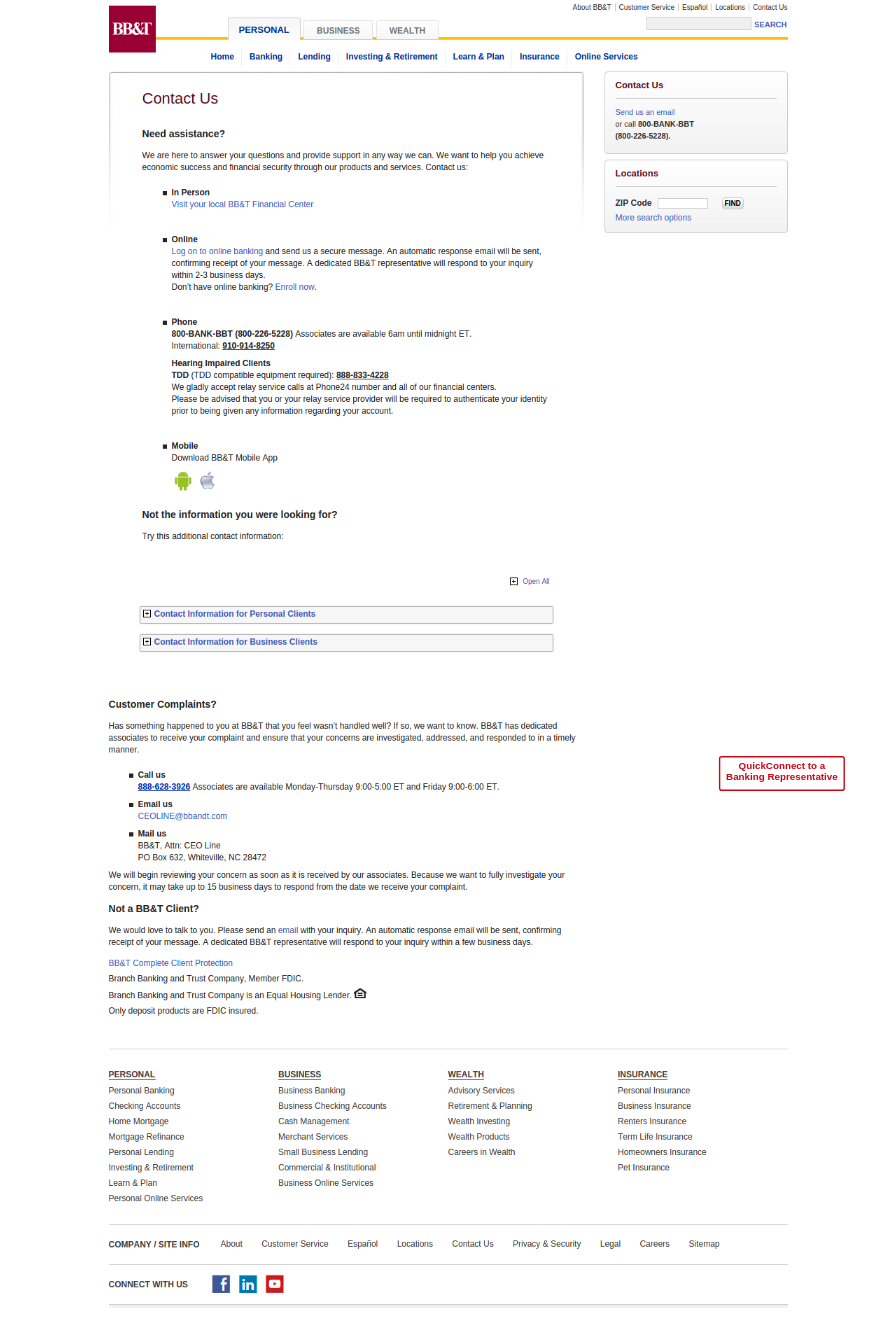
Repository: reidstidolph/chameleon
Page: public/demos/bbt/bbt.html
The author's editor kept a record of every edit. The page is drawn from the files as they stood at one moment, then again after the next edit.
The browser window is 1280 px wide. The pictures show the whole page, at 70% of full size.
Some web libraries are served in a nearby version.

Above is the page before.

### public/demos/bbt/bbt.html
<!DOCTYPE html>
<html>
<head><meta http-equiv="Content-Type" content="text/html; charset=UTF-8">
     <meta charset="utf-8">
     <meta http-equiv="Pragma" content="no-cache">
     <meta http-equiv="X-UA-Compatible" content="IE=edge,chrome=1">
     <title>Customer</title>
     <link rel="shortcut icon" href="oracle-favicon.ico" type="image/x-icon" />
     <script type="text/javascript" src="/public/js/angular.js"></script>
     <script type="text/javascript" src="/public/js/chameleonBeta.js"></script>
    <script type="text/javascript">
var mySipUserId = "customer@oracledemo.com";
var agentSipUserId = "agent@oracledemo.com";

var configuration = {
    sipUser : mySipUserId,
    wscUri : "ws://192.168.9.6:7001/ws/webrtc/guest",
    sipUsername : mySipUserId,
    sipPassword : "oracle4webrtc",
    localAudioId: "localAudio",
    remoteAudioId : "remoteAudio",
    ringtoneId : "ringback",
    ringbackId: "ringback",
    localVideoId : "selfVideo",
    remoteVideoId : "remoteVideo",
    maxAttemptedCalls : 1,
    maxActiveCalls : 1,
    callbacks : {}
};

var formFieldNames = {
    title : "Trade Request Form",
    fieldName1 : "Stock Symbol",
    fieldName2 : "Quantity",
    fieldName3 : "Price",
    fieldName4 : "Limit",
    fieldName5 : "Options",
    fieldName6 : "Comments"
    };

window.onload = function() {
    document.getElementById('companyName').innerHTML = "Oracle Bank";
    document.getElementById('buttonTextLine1').innerHTML = "QuickConnect to a";
    document.getElementById('buttonTextLine2').innerHTML = "Banking Representative";
};


</script>
<style>
#advisorButton {
    /* Change these attributes to customize the button to activate widget */
    color: #cc0717; /* <-- This will set the color of the text */
    border-color: #95172b; /* <-- This will set the color of border surrounding the button */
    font-size: 14px; /* <-- This will set the size of the font */
    margin: 1080px 0 0 387px;; /* <-- This will set the position of the button on the screen
    the value is defined as "margin: top right bottom left". A value of "0 0 0 0" will stick
    it centered at the very top. So, keep the right and bottom values at 0, then just
    adjust top and left to place it where you want it. */
    height: 40px; /* <-- This will set the height of the button*/
    width: 170px; /* <-- This will set the width of the button*/


    /* These attributes you likely won't need to change */
    border: solid 2px;
    padding: 3px;
    border-radius: 4px;
    cursor: pointer;
    text-align: center;
    font-family: Arial, Helvetica, sans-serif;
    font-weight: bold;
    position: absolute;
    left: 50%;
    display: block;
    background-color: white;
}

#background {
    /* Change these attributes to customize the background */
    background-image:url('images/background.png');
    height: 1885px;

    /* These attributes you likely won't need to change */
    position: absolute;
    left: 0;
    top: 0;
    bottom: 0;
    right: 0;
    overflow:hidden;
    background-position:center top;
}

#widget-container {
    /* Change these attributes to customize the widget */
    background-color: #95172b; /* <-- This will set the color of the widget border */
    color: grey; /* <-- This will set the color of the text and icons within the widget */

    /* These attributes you likely won't need to change */
    height: 450px;
    width: 630px;
    margin: -300px 0 0 -315px;
    left: 50%;
    top: 360px;
    display: block;
    position: absolute;
    box-shadow: 50px 50px 100px 10px black;
    border-radius: 15px;
    pointer-events: auto;
    opacity: 1.0;
}

#widget-logo {
    position:absolute;
    right:60px; bottom:-40px;
    border: solid 5px;
    margin: 3px; padding: 3px;
    background-color: white;
    height: 60px
}
</style>
</head>
  <body ng-app="customer" ng-controller="customerController" onorientationchange="setViewPort();">

      <div class="loading-overlay" ng-class="{loadingComplete : pageIsLoaded === true, loadingAnimation : pageIsLoaded === true}" style="position: absolute; left: 0; top: 0; bottom: 0; right: 0; background: #000; opacity: 1; pointer-events:none; z-index: 2000;">
        <img style="pointer-events:none; width: 500px; height: 500px; position: absolute; top: 50%; left: 50%; margin: -250px 0 0 -250px;" class="loading" src="/public/img/loadingloop.gif">
    </div>

  <div id="background">
      <div ng-click="talkToAdvisor()" id="advisorButton"><a id="buttonTextLine1"></a><br><a id="buttonTextLine2"></a></div>
  </div>

<audio id="ringback" preload=auto src="/public/media/ringtones/xylophone.ogg" loop></audio>
<audio id="activate" preload=auto src="/public/media/soundfx/waterdrop.ogg"></audio>
<audio id="deactivate" preload=auto src="/public/media/soundfx/logout.mp3"></audio>

<div style="text-align:center;">
    <div class="widget-overlay">
        <div class="form-overlay" ng-class="{overlayDarken : (syncData.form.active === true && chameleon.isActiveCall === true)}"></div>
        <div id="widget-container" ng-class="{entershow : (helpActive === true && widgetDocked === null),
                                              enterhide : (helpActive === false && (widgetDocked === false || widgetDocked === null)),
                                              enterhideFromDocked : (helpActive === false && widgetDocked === true),
                                              widgetDock : (widgetDocked === true && helpActive === true),
                                              widgetUndock : (widgetDocked == false && helpActive === true)
                                              }">
            <div id="widget-header">
                <h3 style="font-size: 30px">
                    <span ng-hide='chameleon.isActiveCall === true || chameleon.isOutgoingCall === true || madeHelpCall === true || widgetDocked === true'>Connect wth <a id="companyName"></a></span>
                    <span ng-show='chameleon.isOutgoingCall === true && (widgetDocked === false || widgetDocked === null)'>Connecting you...</span>
                    <span ng-show='chameleon.isActiveCall === true && (widgetDocked === false || widgetDocked === null)'>How can I help?</span>
                    <span ng-show='chameleon.isActiveCall === false && chameleon.isOutgoingCall === false && madeHelpCall === true && widgetDocked === true'>Thank You for contacting us!</span>
                    <span class="fa fa-times" style="position:absolute; right:20px; top: 18px; cursor:pointer" ng-click="endHelp()"></span>
                    <span ng-hide='widgetState == "activeDocked" 'class="fa fa-minus" style="position:absolute; right:50px; top: 18px; cursor:pointer" ng-click="toggleWidgetDock()"></span>
                    <span ng-show='widgetState == "activeDocked" 'class="fa fa-plus" style="position:absolute; right:50px; top: 18px; cursor:pointer" ng-click="toggleWidgetDock()"></span>
                </h3>
            </div>
            <div id="widget-body" style="text-align:center;">
                <div ng-hide='chameleon.isActiveCall === true || chameleon.isOutgoingCall === true || madeHelpCall === true'>
                    <div style="font-size:50px; position: relative; text-align:center;">

                        <span class="genericButton" ng-click="doVoiceCall()" ng-hide="widgetDocked === true">Voice &nbsp &nbsp &nbsp &nbsp</span>

                        <span class="genericButton" ng-click="doVideoCall()" ng-hide="widgetDocked === true">Video <br></span>

                        <span class="fa fa-volume-up fa-6 genericButton buttonIcon" ng-class="{buttonDock : (widgetDocked === true),
                                                                                               buttonUndock : (widgetDocked === false)
                        }" ng-click="doVoiceCall()"></span>
                        &nbsp &nbsp  &nbsp &nbsp
                        <span class="fa fa-video-camera fa-6 genericButton buttonIcon" ng-class="{buttonDock : (widgetDocked === true),
                                                                                                  buttonUndock : (widgetDocked === false)

                        }" ng-click="doVideoCall()"></span>
                    </div>
                </div>
                <div style="text-align:center;" ng-show="chameleon.signallingStateId == 1">
	                <span><strong>Error:  </strong>{{chameleon.signallingError.code}} {{chameleon.signallingError.reason}}</span><br>
	                Please try again later.
                </div>
                <div style="text-align:center;" ng-show='chameleon.isActiveCall === false && chameleon.isOutgoingCall === false && madeHelpCall === true'>
                    <br><br><br><br><br><br><br>
                    <span style="font-size:60px">Hope to see you again soon.</span>
                </div>

                <div style="text-align:center;" ng-show="chameleon.isOutgoingCall === true">
                    <br><br><br><br><br>
                    <span ng-hide="widgetDocked === true" style="font-size:30px">Connecting you to a specialist</span><br><br>
                    <img style="pointer-events:none;" src="/public/img/redloading.gif">
                    <br>
                </div>

                <div ng-show='chameleon.isActiveCall === true'>
                    <div id="videoContainer">
            	        <video ng-show='chameleon.activeCallVideo == "RECVONLY" || chameleon.activeCallVideo == "SENDRECV"' class="video" id="remoteVideo" autoplay ></video>
            	        <div class="videoSubContainer" >
            	            <video ng-show='chameleon.activeCallVideo == "SENDONLY" || chameleon.activeCallVideo == "SENDRECV"' class="video" id="selfVideo" autoplay muted></video>
            	        </div>
                    </div>
                        <div class="pulse animated infinite" ng-show='chameleon.activeCallVideo == "NONE"' >
                            <span class="fa fa-volume-up fa-6" style="font-size: 130px; position: absolute; left: 50%; display: block; width: 100px; margin: 0px 0 0 -60px;"></span>
                        </div>
                        <div style="top:174px; position:relative" ng-show='chameleon.activeCallVideo == "NONE" && (widgetDocked === false || widgetDocked === null)' >
                            <span style="font-size: 50px">Voice Call</span>
                        </div>
                        <div class="genericButton">
                            <span ng-click="hangupCall()" class="fa fa-times-circle fa-6" style="font-size:140px; position:absolute; left:20px; bottom:100px;"></span>
                        </div>
                </div>

            </div>
            <div id="widget-footer">

            </div>
            <img src="images/logo.png" id="widget-logo">
        </div>

        <div id="form-container"  ng-class="{formshow : (syncData.form.active === true && chameleon.isActiveCall === true),
                                            formhide : (syncData.form.active === false || chameleon.isActiveCall === false)}">

            <div id="form-container-body" class="col-sm-6 ">
                <h2>{{formFieldNames.title}}</h2>
                <br><span id="entry1"><strong> {{formFieldNames.fieldName1}}</strong>:  <br><input type="text" class="form-control" ng-model="syncData.form.field1"></input></span>
                <br><span id="entry2"><strong> {{formFieldNames.fieldName2}}</strong>:  <br><input type="text" class="form-control" ng-model="syncData.form.field2"></input></span>
                <br><span id="entry3"><strong> {{formFieldNames.fieldName3}}</strong>:  <br><input type="text" class="form-control" ng-model="syncData.form.field3"></input></span>
                <br><span id="entry4"><strong> {{formFieldNames.fieldName4}}</strong>:  <br><input type="text" class="form-control" ng-model="syncData.form.field4"></input></span>
                <br><span id="entry5"><strong> {{formFieldNames.fieldName5}}</strong>:  <br><input type="text" class="form-control" ng-model="syncData.form.field5"></input></span>
                <br><span id="entry6"><strong> {{formFieldNames.fieldName6}}</strong>:  <br><input type="text" class="form-control" ng-model="syncData.form.field6"></input></span>
                <br><button class="btn btn-default" id="login-button" ng-click="submitForm()">Submit</button>
        	</div>
        </div>
    </div>


</div>
<audio id="localAudio" muted></audio>
<link rel="stylesheet" href="//netdna.bootstrapcdn.com/font-awesome/4.1.0/css/font-awesome.min.css">
<link rel="stylesheet" type="text/css" href="/public/css/customer.css">

<script>
var angularApp = angular.module('customer', []);


/**==========================================
 *  Angular service
   ========================================== */
angularApp.factory("chameleonService", function(){

    return chameleon;

});



angularApp.controller('customerController', ["$scope", "chameleonService", function($scope, chameleonService){

    $scope.pageIsLoaded = false;
    $scope.helpActive = false;
    $scope.madeHelpCall = false;
    $scope.widgetDocked = null;

    $scope.syncData = {
        type : "syncData",
        customerVersion : 0,
        agentVersion : 0,
        form : {
            active : false,
            field1 : "",
            field2 : "",
            field3 : "",
            field4 : "",
            field5 : "",
            field6 : ""
        }
    };

    $scope.formFieldNames = formFieldNames;

    console.log("Page is ready");
    setTimeout(function(){
        console.log("trigger removal of loader screen");
        $scope.pageIsLoaded = true;
        $scope.$apply();
    },1000);


    $scope.configuration = configuration;

    $scope.configuration.callbacks.onIncomingData = function (event) {
        console.log("Got Data!!! " + event.data );
        var newData = JSON.parse(event.data);

        if (newData.type == "syncData") {
            if (newData.agentVersion === $scope.syncData.agentVersion) {
                console.log("ignore.");
            } else if (newData.agentVersion !== $scope.syncData.agentVersion) $scope.syncData = newData;

            if($scope.syncData.form.active === true) {
                $scope.widgetDocked = true;
            }
        }

        if (newData.type == "command") {
            console.log ("Got a command: " + newData.action );
            var element = document.getElementById(newData.element);
            element.classList.add('focusElement');

            setTimeout(function(){
                element.classList.remove('focusElement');
            },1000);
        }
    };

    $scope.chameleon = chameleonService;

    $scope.talkToAdvisor = function(){
        console.log($scope.helpActive);
        document.getElementById("activate").play();
        $scope.helpActive = true;
        $scope.widgetDocked = null;
        chameleonService.bootstrap($scope.configuration, $scope);
        console.log("Request for Help");
        console.log($scope.helpActive);
    };

    $scope.wscInit = function(){
        chameleonService.bootstrap($scope.configuration, $scope);
    };

    $scope.reset = function(){
        chameleonService.initialize();
    };

    $scope.wscStop = function(){
        chameleonService.closeSession();
    };

    $scope.answerIncomingCall = function(call){
        console.log("Accept call button is clicked!");
        chameleonService.acceptIncomingCall(call);
    };

    $scope.declineIncomingCall = function(call){
        console.log("Decline call button is clicked.");
        chameleonService.rejectIncomingCall(call);
    };

    $scope.cancelOutgoingCall = function(call){
        console.log("Cancel call button is clicked.");
        chameleonService.cancelOutgoingCall(call);
    };

    $scope.hangupCall = function(call){
        console.log("Hang up button clicked.");
        chameleonService.endActiveCall(call);
    };


    $scope.doVoiceCall = function(){
        console.log("Make voice call button clicked");
        $scope.syncData.form.active = false;
        chameleonService.makeCall(agentSipUserId, audioCall);
    };

    $scope.doVideoCall = function(){
        console.log("Make video call button clicked");
        $scope.syncData.form.active = false;
        chameleonService.makeCall(agentSipUserId, videoCall);
    };


    $scope.endHelp = function() {
        chameleonService.closeSession();
        $scope.helpActive = false;
        $scope.syncData.form.active = false;
        $scope.madeHelpCall = false;
        document.getElementById("deactivate").play();
    };

    $scope.toggleWidgetDock = function() {

        if($scope.syncData.form.active === true) {

            $scope.widgetDocked = true;

            return;
        }

        if ($scope.widgetDocked === null) $scope.widgetDocked = true;
        else $scope.widgetDocked = !$scope.widgetDocked;
    };

    $scope.submitForm = function() {
        $scope.syncData.form.active = false;
        $scope.widgetDocked = false;
    };

    $scope.outboundCallee;
    $scope.sessionMedia = {};
    $scope.sessionMedia.audio = true;
    $scope.sessionMedia.video = false;
    $scope.sessionMedia.data = false;



    var audioCall = {
        audio : true,
        video : false,
        data  : true,
        dcConfig : [{"label":"chameleonDataChannel", "reliable" : true }]
    };

    var videoCall = {
        audio : true,
        video : true,
        data  : true,
        dcConfig : [{"label":"chameleonDataChannel", "reliable" : true }]
    };




    $scope.$watch('syncData.form', function() {

        if (chameleonService.calls.active[0] && chameleonService.calls.active[0].dataChannels[0].getState() == "open") {
            console.log("sending form update.");
            $scope.syncData.customerVersion++;
            chameleonService.calls.active[0].dataChannels[0].sendData(JSON.stringify($scope.syncData));
        }
    }, true);

}]);
</script>

</body>

</html>

Loaded but not shown: public/js/angular.js (library); public/js/chameleonBeta.js (943 lines, source omitted); public/css/customer.css (1068 lines, source omitted)

After the next edit:
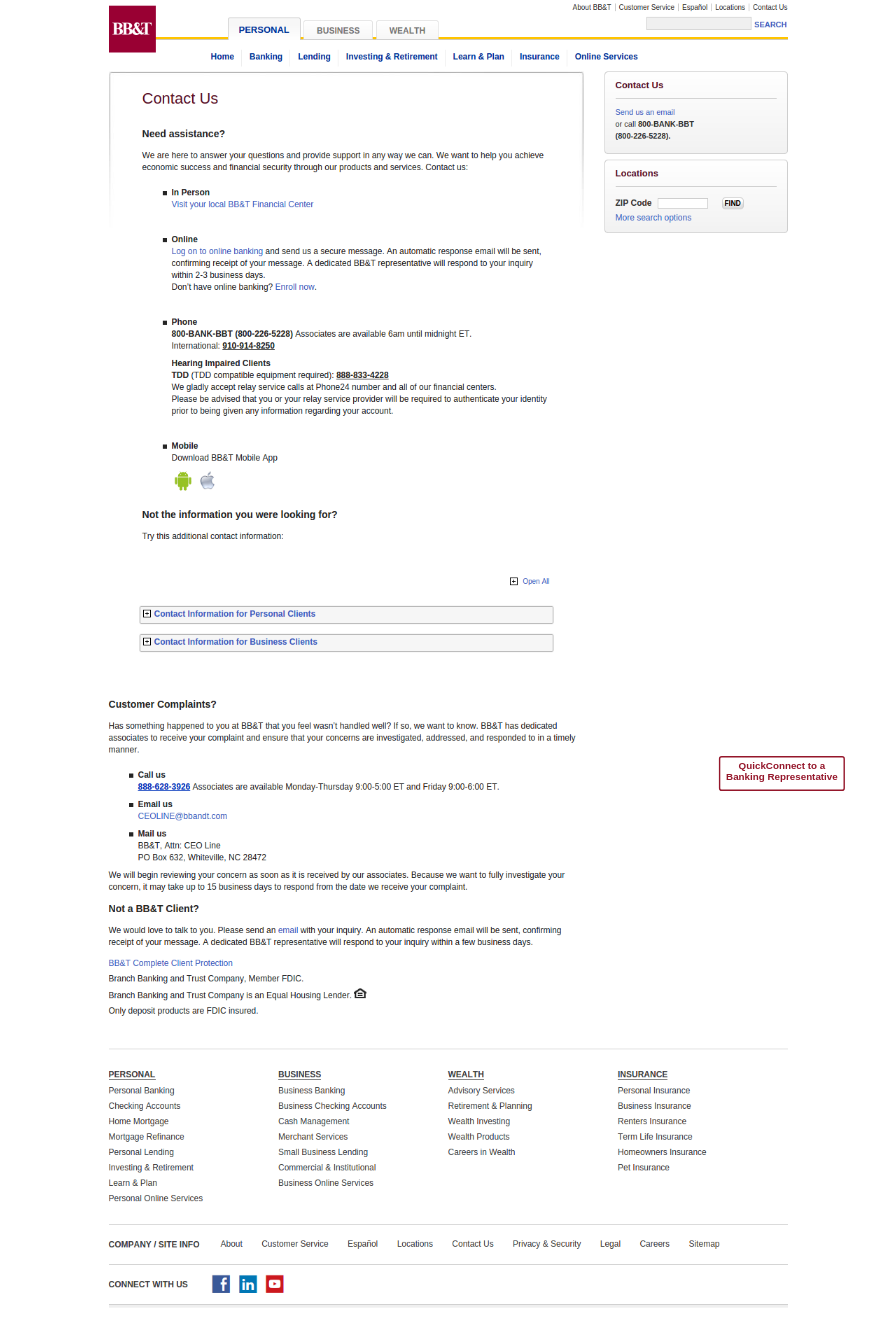
The edit:
--- a/public/demos/bbt/bbt.html
+++ b/public/demos/bbt/bbt.html
@@ -49,7 +49,7 @@
 <style>
 #advisorButton {
     /* Change these attributes to customize the button to activate widget */
-    color: #cc0717; /* <-- This will set the color of the text */
+    color: #95172b; /* <-- This will set the color of the text */
     border-color: #95172b; /* <-- This will set the color of border surrounding the button */
     font-size: 14px; /* <-- This will set the size of the font */
     margin: 1080px 0 0 387px;; /* <-- This will set the position of the button on the screen
